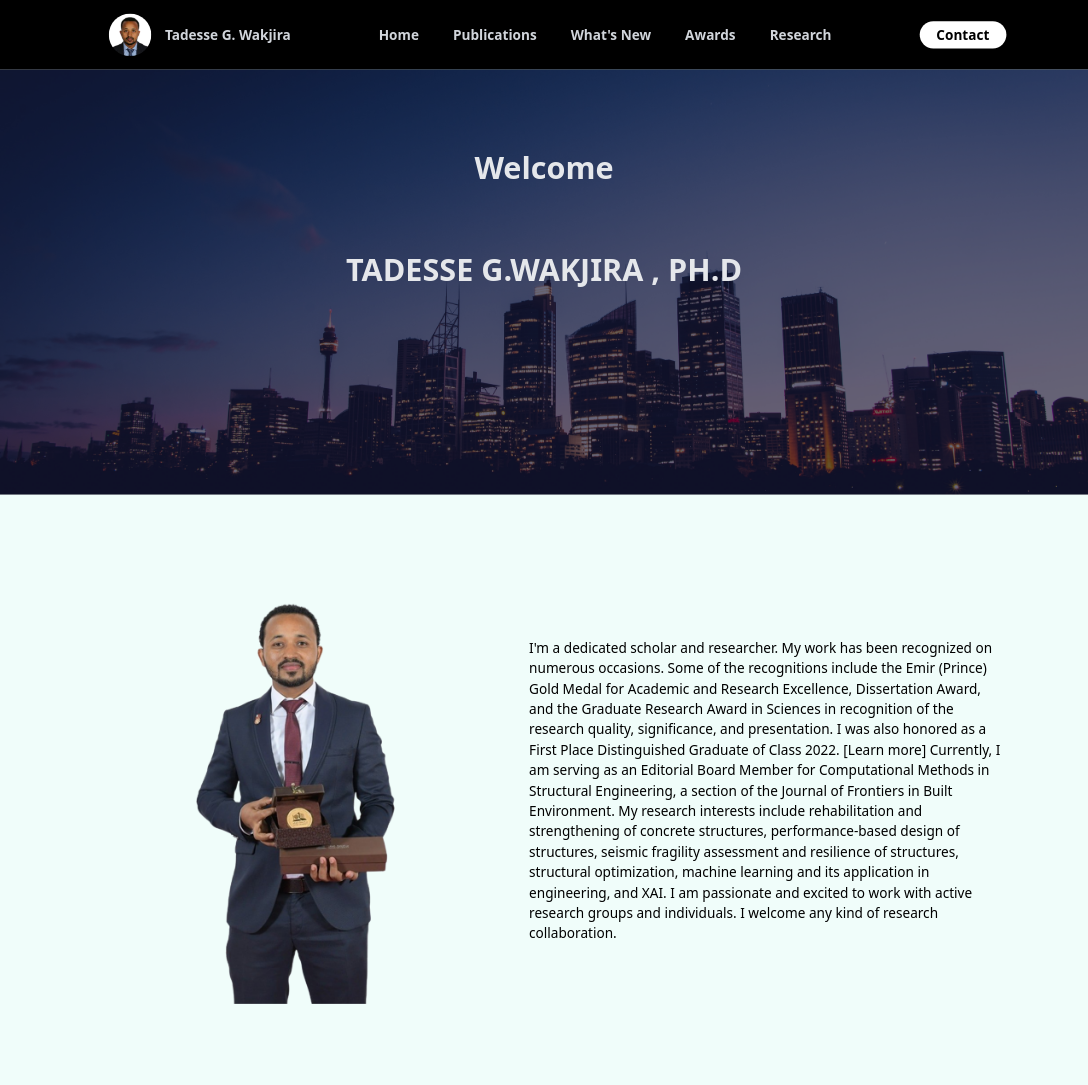
Repository: Elias-Kibret/Tade-portfoilo
Page: /
These files come from the project's save history. The page is drawn as it stood at one moment and after the next save; the edit follows.
The browser window is 1280 px wide. The pictures show the whole page, at 85% of full size.
The project was rebuilt for these pictures with package versions that can differ from the ones it lists, and the page was loaded fresh each time. The framework's server and built-in components were replaced by stand-ins that run in the browser. Also part of the build but not shown: next.config.js.

Above is the page before, as saved 2022-06-28 07:41:04.

After the next save:
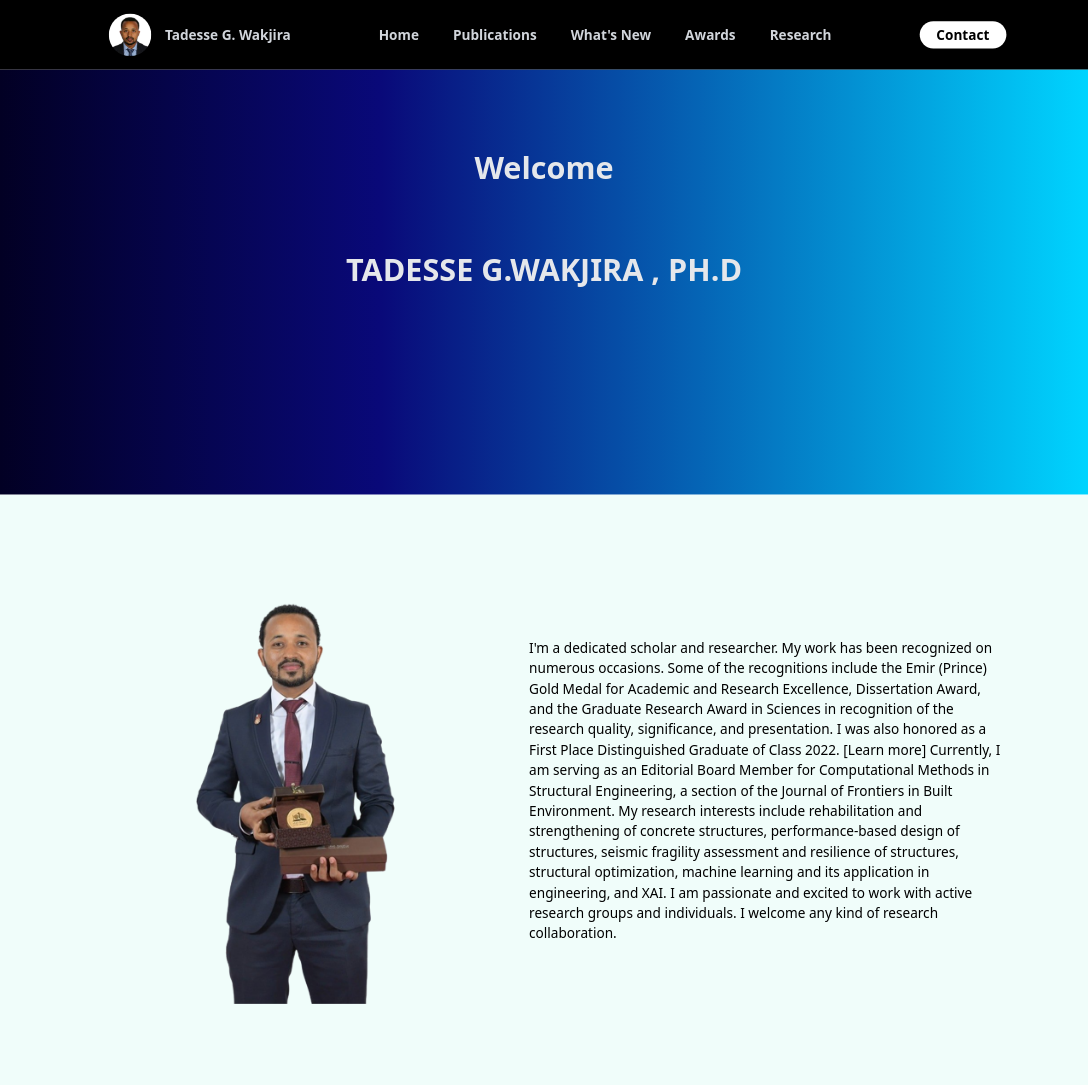
Saved 16 min 38 s later.
--- a/styles/globals.css
+++ b/styles/globals.css
@@ -13,9 +13,9 @@
 
 }
 .hero-cover{
+    background-color: rgba(22, 22, 22, 0.6);
     width:100%;
     height:500px;
-    background: rgba(2,0,36,0.6);
-
-background: linear-gradient(90deg, rgba(21, 20, 44, 0.7) 0%, rgba(18, 18, 41, 0.7).7) 35%, rgba(241, 246, 247, 0.8) 100%);
+    background: rgb(2,0,36);
+background: linear-gradient(90deg, rgba(2,0,36,1) 0%, rgba(9,9,121,1) 35%, rgba(0,212,255,1) 100%);
 }
